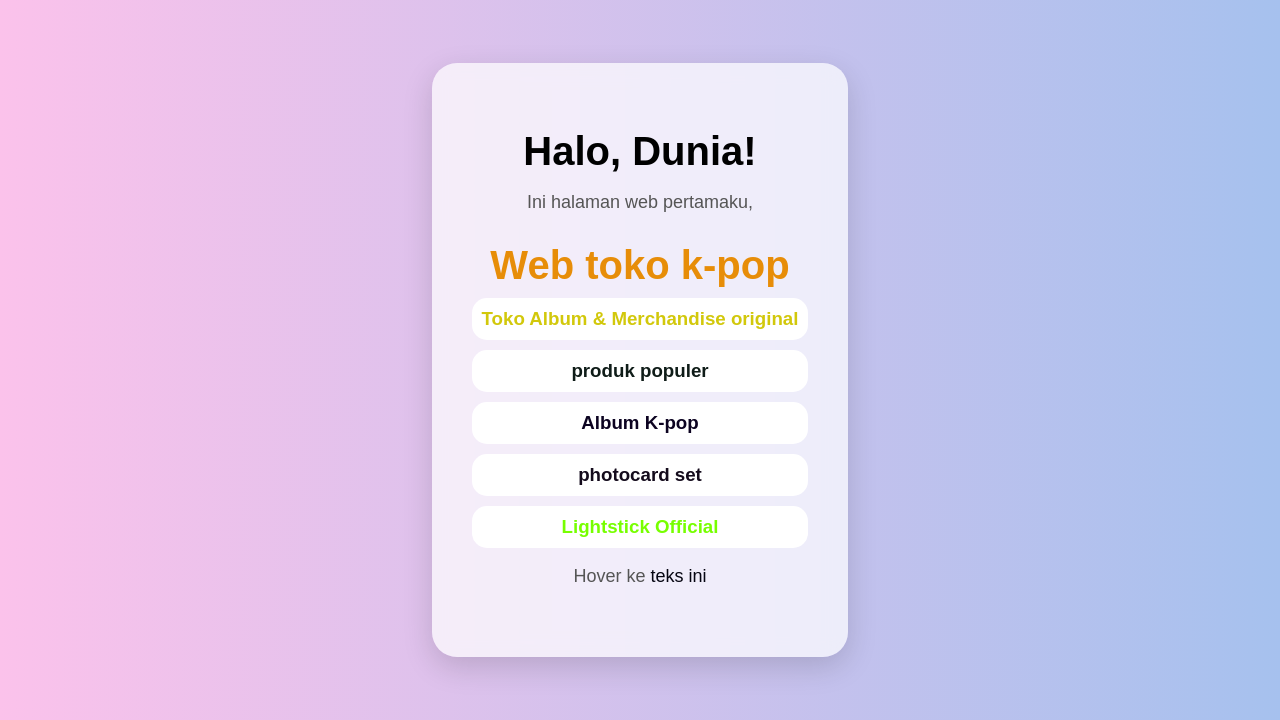
Repository: sekartazivi/241552010020-Web-Application-Development
Page: test.html
The author's editor kept a copy of each file at every save. The page is drawn from the files as they stood at one save, then again after a run of saves.
The browser window is 1280 px wide. The pictures show the whole page.

Above is the page before, as saved 2026-02-20 09:24:19.

### test.html
<!DOCTYPE html>
<html lang="en">
<head>
    <meta charset="UTF-8">
    <meta name="viewport" content="width=device-width, initial-scale=<,>">
    <title> web toko kpop</title>

            <style>
    body {
        margin: 0;
            padding: 0;
            font-family: 'Poppins', sans-serif;
            background: linear-gradient(to right, #fbc2eb, #a6c1ee);
            display: flex;
            justify-content: center;
            align-items: center;
            height: 100vh;
    }

    .container {
            background: rgba(255, 255, 255, 0.7);
            padding: 40px;
            border-radius: 25px;
            box-shadow: 0 10px 30px rgba(0, 0, 0, 0.15);
            text-align: center;
            backdrop-filter: blur(10px);
    }

    h1 {
            color: #6a0572;
            font-size: 40px;
            margin-bottom: 10px;
    }

    p {
            color: #555;
            font-size: 18px;
            margin-bottom: 30px;
    }

    h3 {
            background-color: #ffffff;
            color: #4b0082;
            padding: 10px;
            border-radius: 15px;
            margin: 10px 0;
            transition: 0.3s;
    }

    h3:hover {
            transform: scale(1.05);
            background-color: #ffe0f7;
    }
    </style>
</head>

<body>
    <div class="container">

</head>
<body>
    <h1 style="color: black;">Halo, Dunia!</h1>
    <p>Ini halaman web pertamaku,</p>
    <h1 style="color: rgb(231, 141, 8);">Web toko k-pop</h1>
    <h3 style="color: rgb(210, 200, 11);">Toko Album & Merchandise original</h3>
    <h3 style="color: rgb(15, 28, 24);" >produk populer</h3>
    <h3 style="color: rgb(12, 3, 33);" >Album K-pop</h3>
    <h3 style="color: rgb(20, 11, 28);">photocard set</h3>
    <h3 style="color: rgb(119, 255, 0);">Lightstick Official</h6>
<style>
.tooltip {
  position: relative;
  cursor: pointer;
  color: rgb(5, 5, 17);
}

.tooltip-text {
  visibility: hidden;
  background-color: black;
  color: white;
  padding: 5px 8px;
  border-radius: 4px;
  position: absolute;
  bottom: 125%;
  left: 0;
  white-space: nowrap;
}

.tooltip:hover .tooltip-text {
  visibility: visible;
}
</style>

<p>
  Hover ke
  <span class="tooltip">
    teks ini
    <span class="tooltip-text">Ini tooltip custom</span>
  </span>
</p>


</body>
</html>

After the next 3 saves:
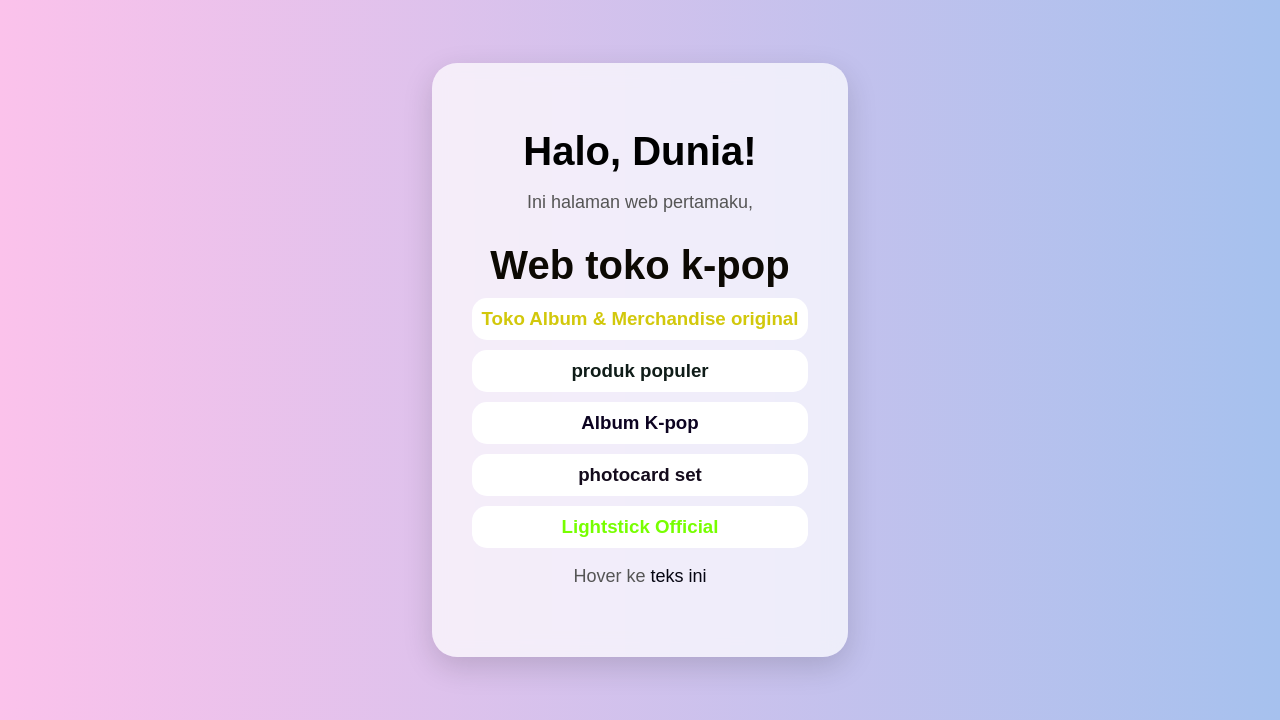
The 3 saves are shown as one change because they came seconds apart.
The last was saved 8 s later.
--- a/test.html
+++ b/test.html
@@ -61,12 +61,12 @@
 <body>
     <h1 style="color: black;">Halo, Dunia!</h1>
     <p>Ini halaman web pertamaku,</p>
-    <h1 style="color: rgb(231, 141, 8);">Web toko k-pop</h1>
+    <h1 style="color: rgb(12, 9, 3);">Web toko k-pop</h1>
     <h3 style="color: rgb(210, 200, 11);">Toko Album & Merchandise original</h3>
     <h3 style="color: rgb(15, 28, 24);" >produk populer</h3>
     <h3 style="color: rgb(12, 3, 33);" >Album K-pop</h3>
     <h3 style="color: rgb(20, 11, 28);">photocard set</h3>
-    <h3 style="color: rgb(119, 255, 0);">Lightstick Official</h6>
+    <h3 style="color: rgb(119, 255, 0);">Lightstick Official</h3>
 <style>
 .tooltip {
   position: relative;
